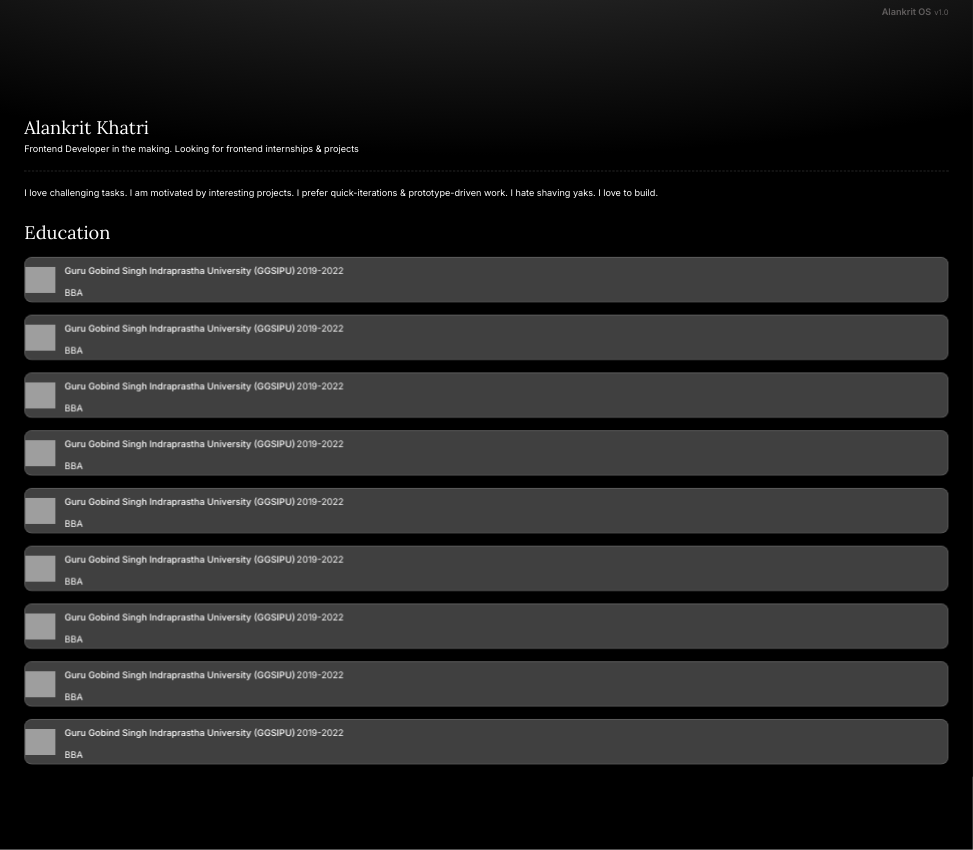
Repository: alankritkhatri/alankrit.xyz
Page: /
The author's editor kept a copy of each file at every save. The page is drawn from the files as they stood at one save, then again after a run of saves.
The browser window is 1280 px wide. The pictures show the whole page, at 76% of full size.
Pictures or frames that could not be fetched are drawn as grey boxes. The project was rebuilt for these pictures with package versions that can differ from the ones it lists, and the page was loaded fresh each time. Also part of the build but not shown: vite.config.js, src/blog.jsx.

Above is the page before, as saved 2024-08-11 21:12:29.

### index.html
<!DOCTYPE html>
<html lang="en">
  <head>
    <meta charset="UTF-8" />

    <link rel="icon" type="image/svg+xml" href="/vite.svg" />
    <link rel="preconnect" href="https://fonts.googleapis.com" />
    <link rel="preconnect" href="https://fonts.gstatic.com" crossorigin />
    <link
      href="https://fonts.googleapis.com/css2?family=Inter:wght@100..900&display=swap"
      rel="stylesheet"
    />

    <link
      href="https://fonts.googleapis.com/css2?family=Lora:ital,wght@0,400..700;1,400..700&display=swap"
      rel="stylesheet"
    />
    <!-- Linkedin link -->
    <script
      src="https://platform.linkedin.com/badges/js/profile.js"
      async
      defer
      type="text/javascript"
    ></script>
<meta name="viewport" content="width=device-width, initial-scale=1.0">
    <title>AlankritOS</title>
  </head>
  <body>
    <div id="root"></div>
    <script type="module" src="/src/main.jsx"></script>
  </body>
</html>

### src/App.jsx
import "./App.css";
import { BrowserRouter as Router, Routes, Route, Link } from "react-router-dom";
import Blog from "./blog";
import Home from "./pages/Home/Home";
const App = () => {
  return (
    <div className="main">
      <Router>
        <Link to="/">
          <div className="logo">
            <h1>Alankrit OS</h1>
            <span>v1.0</span>
          </div>
        </Link>
        <Routes>
          <Route path="/" element={<Home />} />
          <Route path="blog" element={<Blog />} />
        </Routes>
      </Router>
    </div>
  );
};

export default App;

### src/App.css
* {
  margin: 0px;
  padding: 0px;
  box-sizing: border-box;
  font-family: Inter, Haettenschweiler, "Arial Narrow Bold", sans-serif;
}

body,html{
  min-height: 100vh;
background: radial-gradient(100% 40% at 50% -20%, #404040, #000000)
}
.main {



  h1 {
    line-height: 32px;
  }
  h2 {
    line-height: 24px;
  }
  h3 {
    line-height: 16px;
  }
  p {
    line-height: 24px;
  }
  color: white;

  padding: 0px 32px;
  a {
    text-decoration: none;
  }
  .logo {
    color: rgba(126, 121, 121, 0.726);
    display: flex;
    align-items: center;
    justify-content: flex-end;
    gap: 4px;

    font-family: monospace;
    animation: flicker 2s infinite;
    h1 {
      font-size: 12px;
      font-weight: 600;
    }
    span {
      font-size: 10px;
      font-weight: 400;
    }
  }
}
/* logo flickr animation */
@keyframes flicker {
  0% {
    opacity: 0;
  }
  9% {
    opacity: 0;
  }
  10% {
    opacity: 0.5;
  }
  13% {
    opacity: 0;
  }
  20% {
    opacity: 0.5;
  }
  25% {
    opacity: 1;
  }
}

### src/pages/Home/Home.jsx
import Infosection from "../../components/Info-Section/Infosection.jsx";
import "./Home.css";
import data from "../../alankrit_data/data.json";
const Home = () => {
  return (
    <div className="home">
      <div
        className="badge-base LI-profile-badge"
        data-locale="en_US"
        data-size="medium"
        data-theme="dark"
        data-type="VERTICAL"
        data-vanity="alankrit-khatri"
        data-version="v1"
      >
        {" "}
        </div>

      <div className="about-section">
        <h1 className="name">Alankrit Khatri</h1>
        <p>
          Frontend Developer in the making. Looking for frontend internships &
          projects
        </p>
        <div className="dashed-line"></div>
        <p>
          I love challenging tasks. I am motivated by interesting projects. I
          prefer quick-iterations & prototype-driven work. I hate shaving yaks.
          I love to build.
        </p>
      </div>
      <div className="education-section">
        <h1>Education</h1>
        <Infosection {...data} />
        <Infosection {...data} />
        <Infosection {...data} />
        <Infosection {...data} />
        <Infosection {...data} />
        <Infosection {...data} />
        <Infosection {...data} />
        <Infosection {...data} />
        <Infosection {...data} />



        {console.log(data)}
      </div>
    </div>
  );
};

export default Home;

### src/components/Info-Section/Infosection.jsx
import "./infoSection.css";
const Infosection = (props) => {
  return (
    <>
      <div className="infosection-details">
        <img
          src={props[0].educationDetails.bachelors.logo}
          alt=""
          style={{ width: "40px", height: "35px" }}
        />
        <div className=" infosection-info">
          <div className="infosection-info-top ">
            <h2 style={{ opacity: "1", fontWeight: "500" }}>
              {props[0].educationDetails.bachelors.schoolName}
            </h2>
            <div className="dashed-line"></div>
            <h2> {props[0].educationDetails.bachelors.schoolYears} </h2>
          </div>

          <div className="infosection-info-bottom">
            <h2> {props[0].educationDetails.bachelors.course}</h2>
          </div>
        </div>
      </div>
    </>
  );
};

export default Infosection;

### src/pages/Home/Home.css
.home {
  margin: 96px 0px;
  display: flex;
  flex-direction: column;
  gap: 24px;
  /* dashed line  */
  .dashed-line {
    margin: 16px 0px;
    opacity: 0.1;
    border-width: 1px;
    border-style: dashed;
    color: rgb(255 255 255);
  }
  .hide {
    display: none;
  }
  h1 {
    font-family: "Lora", serif;
    font-size: 24px;
    font-weight: 400;
  }
  h2 {
    font-size: 12px;
    font-style: normal;
    font-weight: 400;
  }
  h3 {
    font-size: 10px;
    font-style: normal;
    font-weight: 300;
  }
  p {
    font-size: 12px;
  }
  .about-section {
    display: flex;
    flex-direction: column;
    .name {
      line-height: 32px;
    }
  }
}

### src/alankrit_data/data.json
[
  {
    "educationDetails": {
      "className": "education-details",
      "bachelors": {
        "schoolName": "Guru Gobind Singh Indraprastha University (GGSIPU)",
        "schoolYears": "2019-2022",
        "course": "BBA",
        "logo": "https://encrypted-tbn0.gstatic.com/images?q=tbn:ANd9GcRM9GNTFenU_T9caTwA63o86iaVHMnf9eeEPw&s"
      },
      "masters": {
        "schoolName": "Guru Gobind Singh Indraprastha University (GGSIPU)",
        "schoolYears": "2019-2022",
        "logo": "https://encrypted-tbn0.gstatic.com/images?q=tbn:ANd9GcRM9GNTFenU_T9caTwA63o86iaVHMnf9eeEPw&s"
      }
    }
  }
]

### src/components/Info-Section/infoSection.css
.infosection-details {
  background: rgba(255, 255, 255, 0.25);
  -webkit-backdrop-filter: blur(4px);
  border-radius: 10px;
  border: 1px solid rgba(255, 255, 255, 0.18);
  backdrop-filter: blur(10px);
  backdrop-filter: saturate(180%) blur(10px);
  display: flex;
  align-items: center;
  gap: 12px;
  margin: 16px 0px;

  .infosection {
    width: 100%;
    min-width: 80%;
    * {
      line-height: 16px;
    }
    h3 {
      letter-spacing: -0.26px;
      opacity: 0.5;
    }
    h2 {
      opacity: 0.5;
    }
  }
  .infosection-info-top {
    display: flex;
    justify-content: space-between;
    align-items: center;
  }
}

Loaded but not shown: src/main.jsx (common file)

After the next 2 saves:
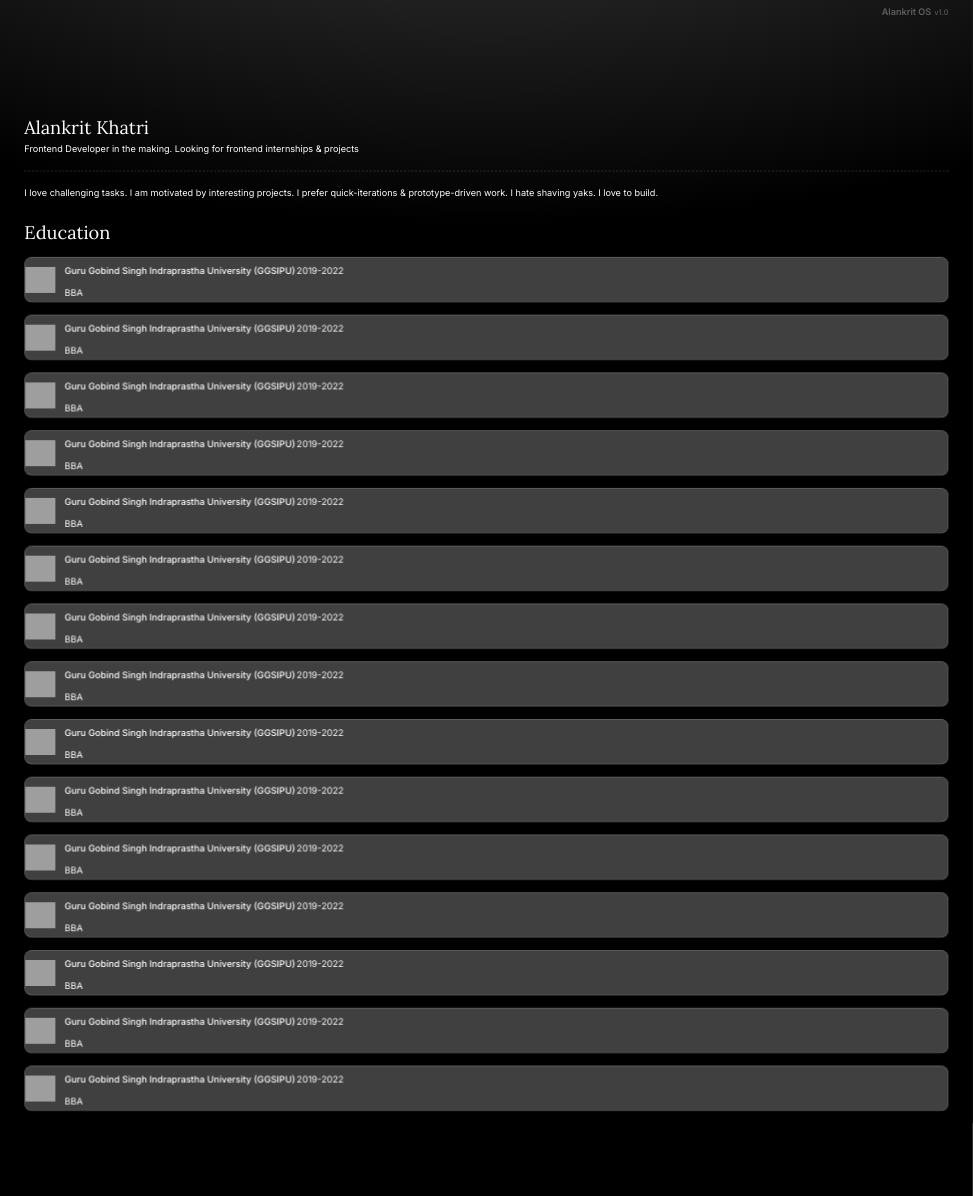
The 2 saves are shown as one change because they came seconds apart.
The last was saved 13 s later.
--- a/src/pages/Home/Home.jsx
+++ b/src/pages/Home/Home.jsx
@@ -40,6 +40,12 @@ const Home = () => {
         <Infosection {...data} />
         <Infosection {...data} />
         <Infosection {...data} />
+        <Infosection {...data} />
+        <Infosection {...data} />
+        <Infosection {...data} />
+        <Infosection {...data} />
+        <Infosection {...data} />
+        <Infosection {...data} />
 
 
 
